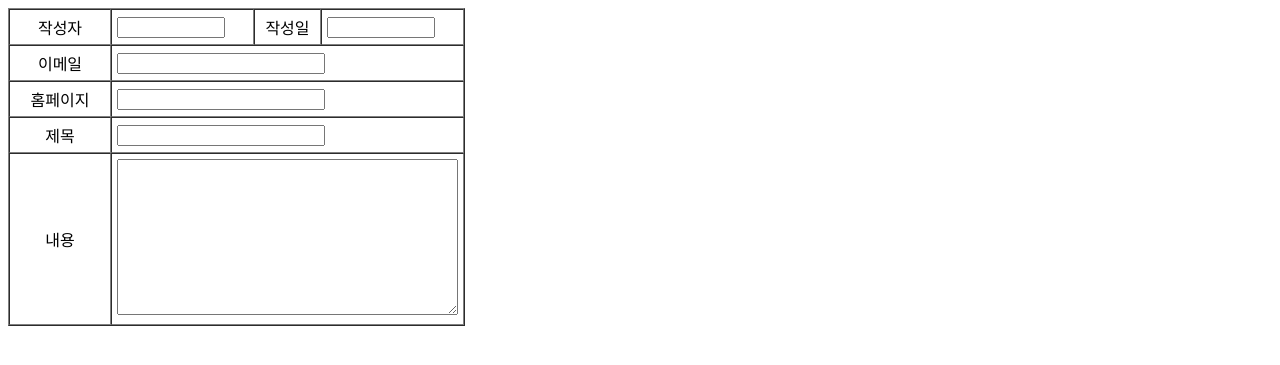
Repository: kimsuel/java-ee-practice
Page: guestbookservlet/WebContent/guestbook/guestbookList.html
An editor plug-in stored every save of this project. The page is shown before and after the next save, followed by the edit.
The browser window is 1280 px wide. The pictures show the whole page.

Above is the page before, as saved 2018-06-20 07:43:48.

After the next save:
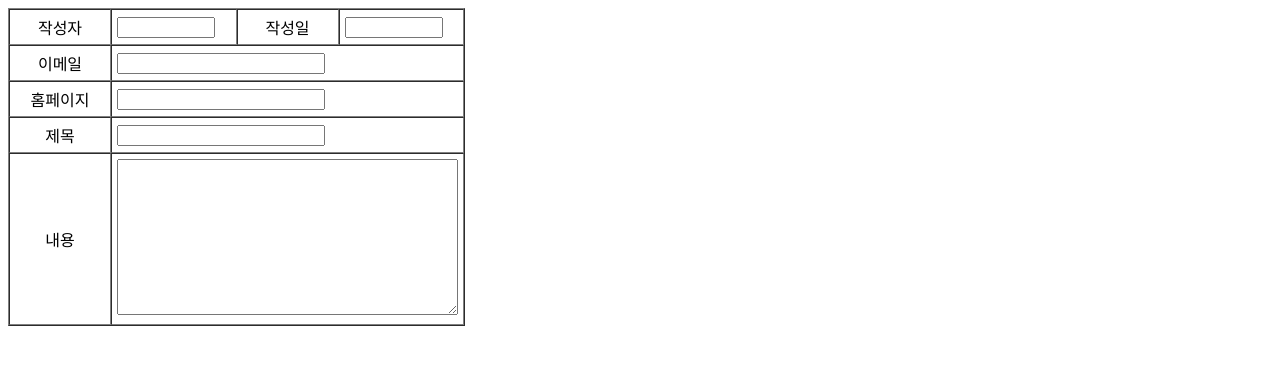
Saved 22 s later.
--- a/guestbookservlet/WebContent/guestbook/guestbookList.html
+++ b/guestbookservlet/WebContent/guestbook/guestbookList.html
@@ -8,9 +8,9 @@
 	<table border="1" cellpadding="5" cellspacing="0">
 			<tr>
 				<td width="90" align="center">작성자</td>
-				<td><input type="text" name="email" style="width:100px"></td>
-				<td align="center">작성일</td>
-				<td><input type="text" name="email" style="width:100px"></td>
+				<td><input type="text" name="email" style="width:90px"></td>
+				<td width="90" align="center">작성일</td>
+				<td><input type="text" name="email" style="width:90px"></td>
 			</tr>
 			<tr>
 				<td align="center">이메일</td>
